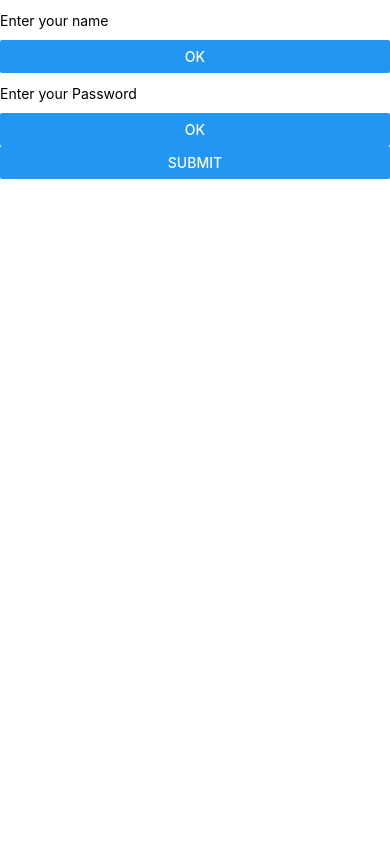
Repository: vsangavi/ReactNative-Form
Screen: /
The author's editor kept a copy of each file at every save. The screen is drawn from the files as they stood at one save, then again after a run of saves.
The app was drawn by React Native's web renderer in a window 390 px wide. The project was rebuilt for these pictures with package versions that can differ from the ones it lists, and the page was loaded fresh each time.

Above is the screen before, as saved 2020-10-02 08:17:11.

After the next 4 saves:
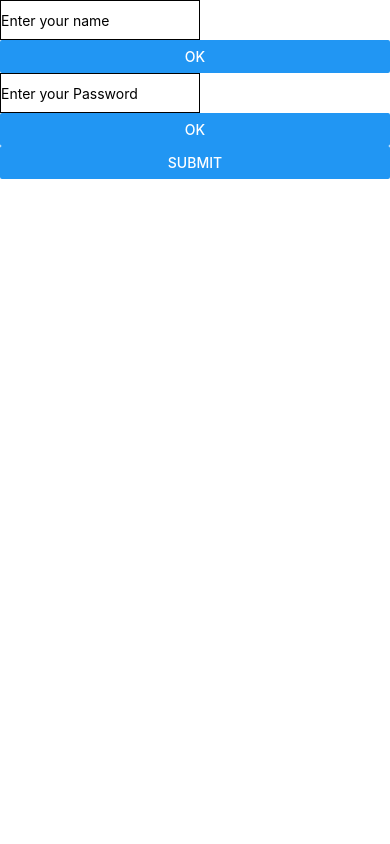
The 4 saves are shown as one change because they came seconds apart.
The last was saved 29 s later.
--- a/Input.js
+++ b/Input.js
@@ -48,5 +48,6 @@ const styles = StyleSheet.create({
   input:{
     height:40,
     width:200,
+    borderWidth:1,
   }
 });
